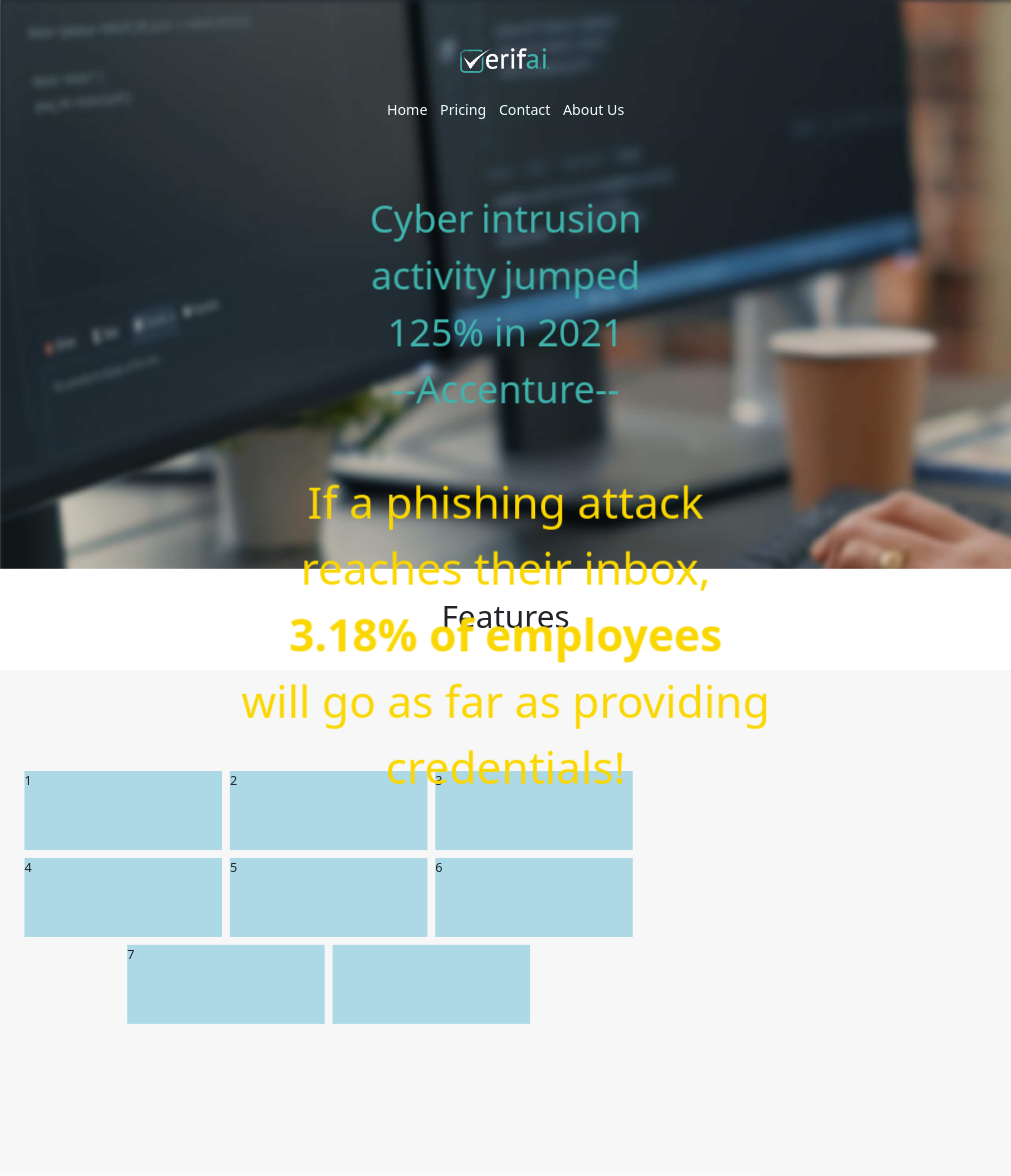
Repository: Ali-VB/verif-website
Page: /
These files come from the project's save history. The page is drawn as it stood at one moment and after the next save; the edit follows.
The browser window is 1280 px wide. The pictures show the whole page, at 79% of full size.
The project was rebuilt for these pictures with package versions that can differ from the ones it lists, and the page was loaded fresh each time.

Above is the page before, as saved 2022-04-19 10:54:24.

After the next save:
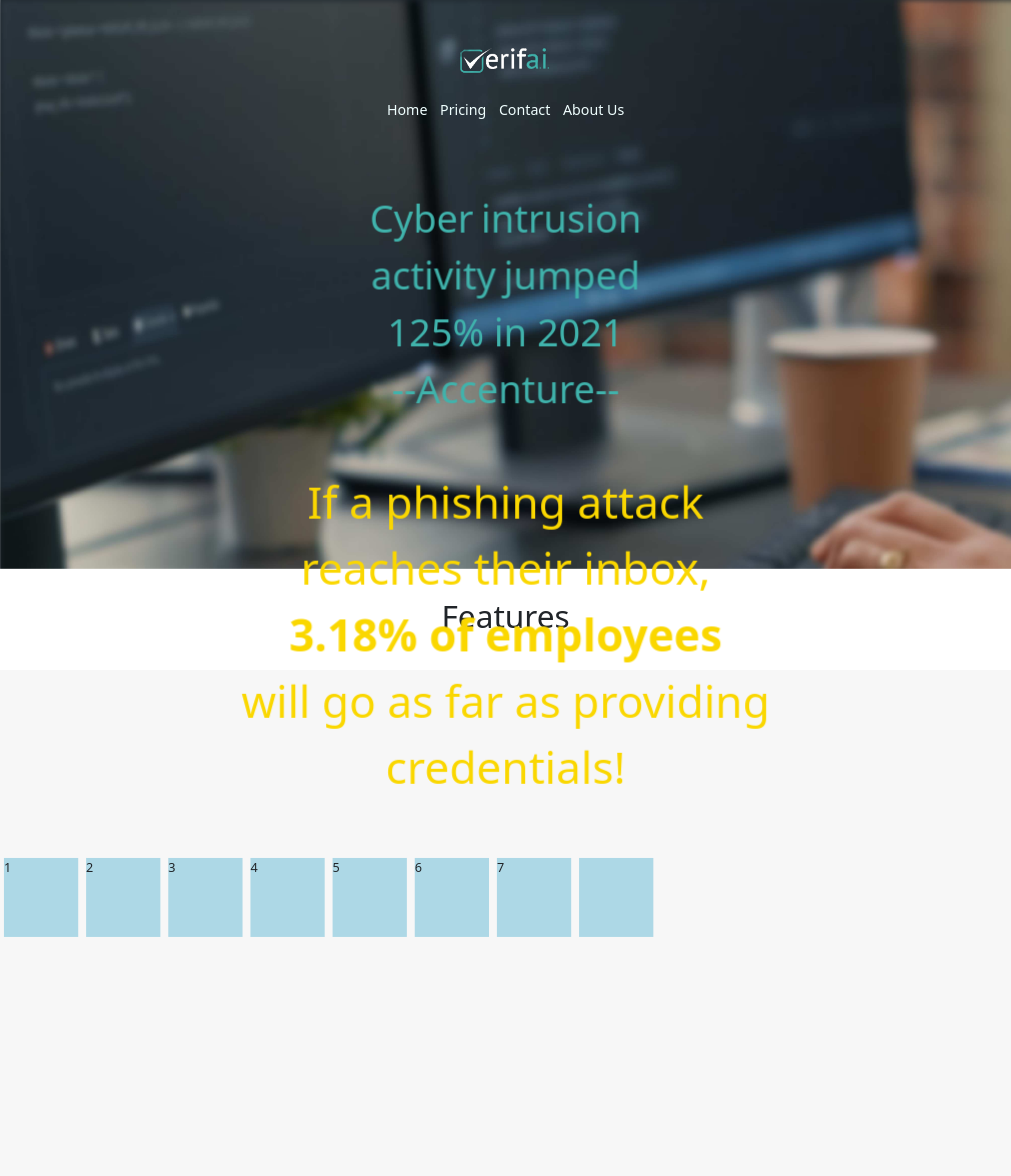
Saved 14 s later.
--- a/src/components/Features/Features.css
+++ b/src/components/Features/Features.css
@@ -13,7 +13,7 @@
 }
 .feature-table{
     display: flex;
-    flex-wrap: wrap;
+    /* flex-wrap: wrap; */
     justify-content: center;
     align-items: center;
     align-content: center;

After the save that followed:
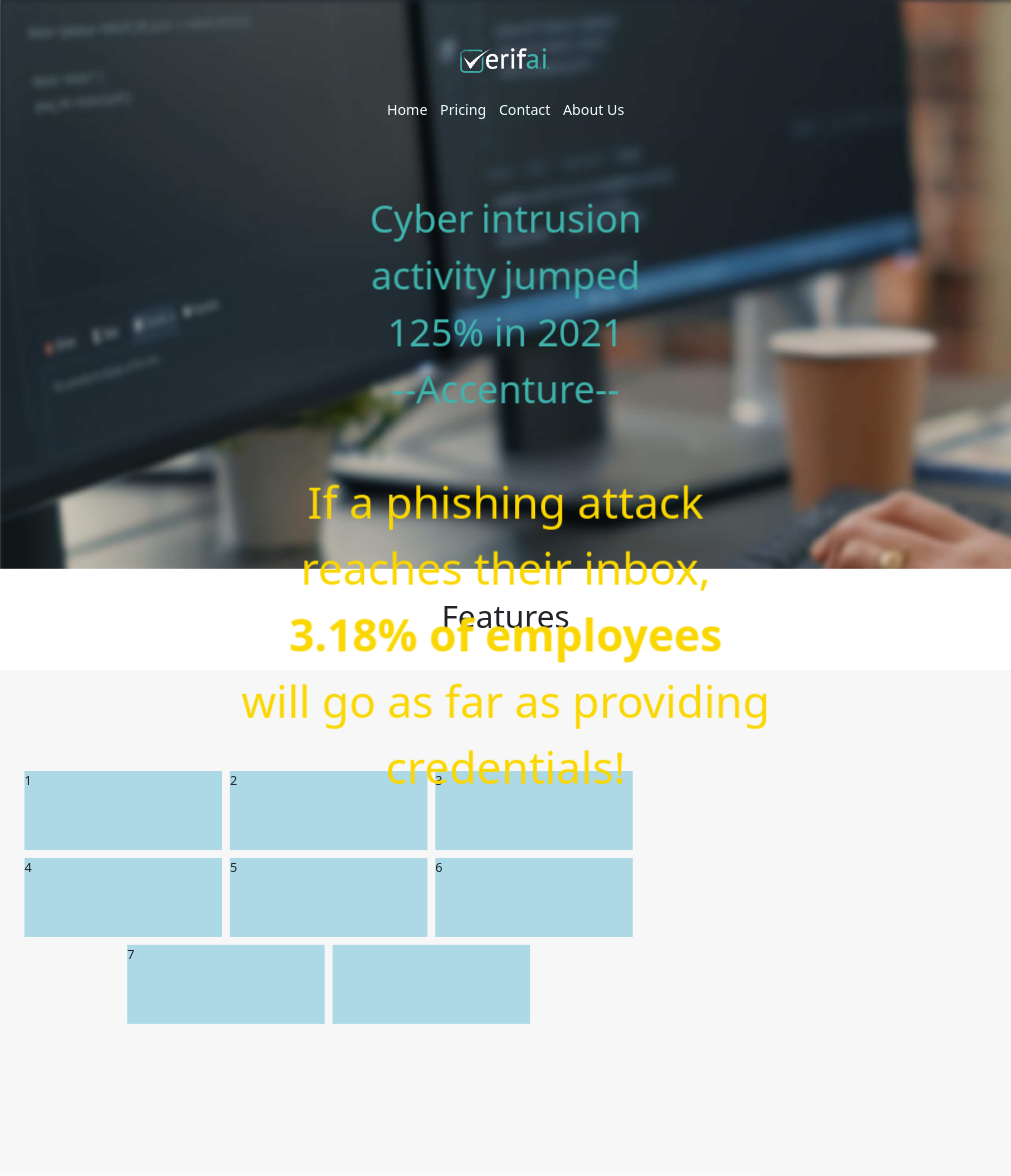
Saved 4 s later.
--- a/src/components/Features/Features.css
+++ b/src/components/Features/Features.css
@@ -13,7 +13,7 @@
 }
 .feature-table{
     display: flex;
-    /* flex-wrap: wrap; */
+    flex-wrap: wrap;
     justify-content: center;
     align-items: center;
     align-content: center;
